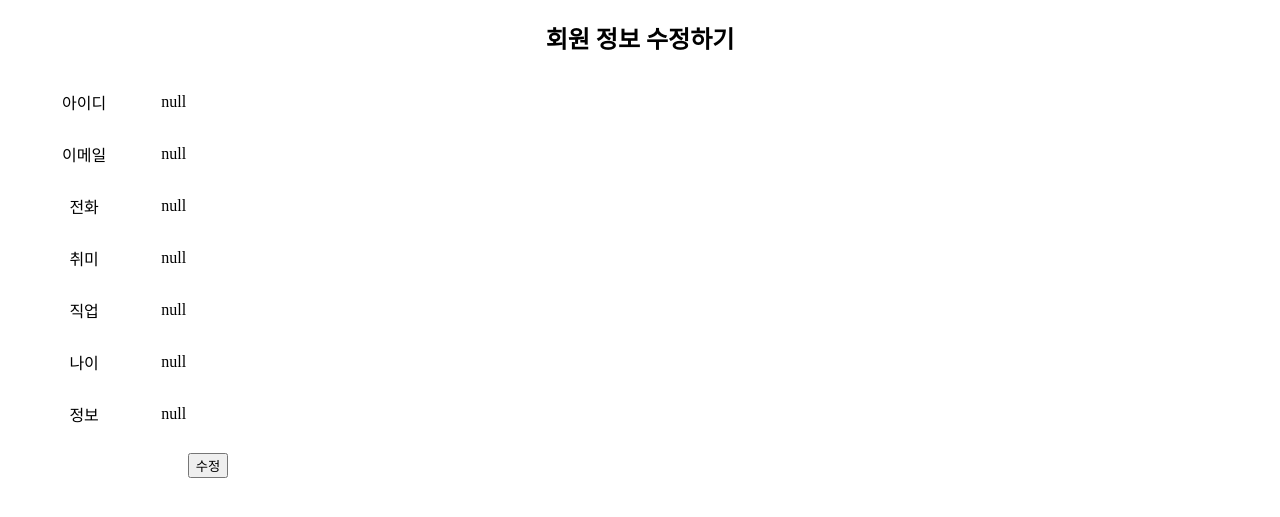
Repository: kdw1437/CreateBoardProject
Page: http://localhost/DataBase/MemberUpdateForm.jsp
These files come from the project's save history. The page is drawn as it stood at one moment and after the next save; the edit follows.
The browser window is 1280 px wide. The pictures show the whole page.
The page is served by Tomcat 9. Other server files are loaded and not shown. Queries for data that is not in the repository find no rows.

Above is the page before, as saved 2024-08-06 08:51:15.

### DataBase/src/main/webapp/MemberUpdateForm.jsp
<%@page import="model.MemberBean"%>
<%@page import="model.MemberDAO"%>
<%@ page language="java" contentType="text/html; charset=EUC-KR"
    pageEncoding="EUC-KR"%>
<!DOCTYPE html>
<html>
<body>
<%

	String id = request.getParameter("id");	//memberlist id를 받아줌

	MemberDAO mdao = new MemberDAO();
	MemberBean mbean = mdao.oneSelectMember(id); //해당하는 id의 회원정보를 리턴받아야한다.

%>

<Center>
<h2> 회원 정보 수정하기 </h2>
</Center>
	<table width="400" borders="1">
	<tr height="50">
		<td align="center" width="150">아이디</td>
		<td width="250"> <%=mbean.getId() %> </td>
	</tr>
	<tr height="50">
		<td align="center" width="150">이메일</td>
		<td width="250"> <%=mbean.getEmail() %> </td>
	</tr>
	<tr height="50">
		<td align="center" width="150">전화</td>
		<td width="250"> <%=mbean.getTel() %> </td>
	</tr>
	<tr height="50">
		<td align="center" width="150">취미</td>
		<td width="250"> <%=mbean.getHobby() %> </td>
	</tr>
	<tr height="50">
		<td align="center" width="150">직업</td>
		<td width="250"> <%=mbean.getJob() %> </td>
	</tr>
	<tr height="50">
		<td align="center" width="150">나이</td>
		<td width="250"> <%=mbean.getAge() %> </td>
	</tr>
	<tr height="50">
		<td align="center" width="150">정보</td>
		<td width="250"> <%=mbean.getInfo() %> </td>
	</tr>
	<tr height="50">
		<td align="center" colspan="2">
		<button onclick="location.href='MemberUpdateForm.jsp?id=<%=mbean.getId()%>'">수정</button>
	</tr>

	</table>
</body>
</body>
</html>

### DataBase/src/main/webapp/MemberDAO.java
package model;

import java.sql.Connection;
import java.sql.DriverManager;
import java.sql.PreparedStatement;
import java.sql.ResultSet;
import java.util.Vector;

//오라클 데이터 베이스에 연결하고 select, insert, update, delete 작업을 실행해주는 클래스입니다.
public class MemberDAO {


	//오라클에 접속하는 소스를 작성
	String id = "OT"; //접속아이디
	String pass = "1437";
	String url = "jdbc:oracle:thin:@localhost:1521/orclpdb"; //접속 URL

	Connection con; //데이터베이스에 접근할 수 있도록 설정
	PreparedStatement pstmt; //데이터베이스에서 쿼리를 실행시켜주는 객체
	ResultSet rs; //데이터베이스의 테이블의 결과를 리턴받아서 자바에 저장해주는 객체 (resultSet까지 멤버변수로 선언해주면 된다.)

	//데이터베이스에 접근할 수 있도록 도와주는 메소드(오라클, Mysql등 DB종류에 따라 내용을 바꿔준다.)
	public void getCon() {
		try {
			//1.해당 데이터 베이스를 사용한다고 선언(클래스를 등록=오라클용을 사용)
			Class.forName("oracle.jdbc.driver.OracleDriver");
			//2. 해당 데이터 베이스에 접속
			con = DriverManager.getConnection(url,id,pass);
		} catch (Exception e) {

		}
	}

	//데이터 베이스에 한 사람의 회원 정보를 저장해주는 메소드
	public void insertMember(MemberBean mbean) {

		try {
			getCon();
			//3. 접속 후 쿼리 준비하여 쿼리를 사용하도록 설정
			String sql = "insert into member values(?,?,?,?,?,?,?,?)";
			//쿼리를 사용하도록 설정
			PreparedStatement pstmt = con.prepareStatement(sql); //jsp에서 쿼리를 사용하도록 설정
			//?에 맞게 데이터를 맵핑
			pstmt.setString(1, mbean.getId());
			pstmt.setString(2, mbean.getPass1());
			pstmt.setString(3, mbean.getEmail());
			pstmt.setString(4, mbean.getTel());
			pstmt.setString(5, mbean.getHobby());
			pstmt.setString(6, mbean.getJob());
			pstmt.setString(7, mbean.getAge());
			pstmt.setString(8, mbean.getInfo());
			//4. 오라클에서 쿼리를 실행하시오.
			pstmt.executeUpdate(); //insert, update, delete 시 사용하는 메소드

			//5. 자원 반납
			con.close();
		} catch (Exception e) {
			e.printStackTrace();
		}
	}

	//모든 회원의 정보를 리턴해주는 메소드 호출
	public Vector<MemberBean> allSelectMember() {
		//가변길이로 데이터를 저장
		Vector<MemberBean> v = new Vector<>();

		// 무조건 데이터 베이스는 예외처리를 반드시 해야 한다.
		try {
			//커넥션 연결
			getCon();

			//쿼리 준비
			String sql = "select * from member";

			//쿼리를 실행시켜주는 객체 선언
			pstmt = con.prepareStatement(sql);

			//쿼리를 실행시킨 결과를 리턴해서 받아줌(오라클 테이블의 검색된 결과를 자바 객체에 저장)
			rs = pstmt.executeQuery();

			//반복문을 사용해서 rs에 저장된 데이터를 추출해놔야 한다.
			while(rs.next()) {//저장된 데이터 만큼까지 반복문을 돌리겠다는 뜻이다.
				MemberBean bean = new MemberBean(); //컬럼으로 나눠어진 데이터를 빈클래스에 저장
				bean.setId(rs.getString(1));
				bean.setPass1(rs.getString(2));
				bean.setEmail(rs.getString(3));
				bean.setTel(rs.getString(4));
				bean.setHobby(rs.getString(5));
				bean.setJob(rs.getString(6));
				bean.setAge(rs.getString(7));
				bean.setInfo(rs.getString(8));
				//패키징된 memberBean클래스를 벡터에 저장
				v.add(bean); //0번지부터 순서대로 데이터가 저장
			}
			//자원 반납
			con.close();
		} catch (Exception e) {

		}
		//다 저장된 벡터를 return한다.
		return v;
	}

	//한 사람에 대한 정보를 리턴하는 메소드를 작성
    public MemberBean oneSelectMember(String id) {
        MemberBean bean = new MemberBean();

        try {
            getCon();

            String sql = "select * from member where id=?";
            pstmt = con.prepareStatement(sql);

            pstmt.setString(1, id);

            rs = pstmt.executeQuery();

            if(rs.next()) {
                bean.setId(rs.getString(1));
                bean.setPass1(rs.getString(2));
                bean.setEmail(rs.getString(3));
                bean.setTel(rs.getString(4));
                bean.setHobby(rs.getString(5));
                bean.setJob(rs.getString(6));
                bean.setAge(rs.getString(7));
                bean.setInfo(rs.getString(8));
            }
            con.close();
        } catch (Exception e) {
            e.printStackTrace();
        }
        return bean;
    }
}

### DataBase/src/main/java/model/MemberBean.java
package model;

public class MemberBean {

	private String id;
	private String pass1;
	private String pass2;
	private String email;
	private String tel;
	private String hobby;
	private String job;
	private String age;
	private String info;

	public String getId() {
		return id;
	}
	public void setId(String id) {
		this.id = id;
	}
	public String getPass1() {
		return pass1;
	}
	public void setPass1(String pass1) {
		this.pass1 = pass1;
	}
	public String getPass2() {
		return pass2;
	}
	public void setPass2(String pass2) {
		this.pass2 = pass2;
	}
	public String getEmail() {
		return email;
	}
	public void setEmail(String email) {
		this.email = email;
	}
	public String getTel() {
		return tel;
	}
	public void setTel(String tel) {
		this.tel = tel;
	}
	public String getHobby() {
		return hobby;
	}
	public void setHobby(String hobby) {
		this.hobby = hobby;
	}
	public String getJob() {
		return job;
	}
	public void setJob(String job) {
		this.job = job;
	}
	public String getAge() {
		return age;
	}
	public void setAge(String age) {
		this.age = age;
	}
	public String getInfo() {
		return info;
	}
	public void setInfo(String info) {
		this.info = info;
	}


}

After the next save:
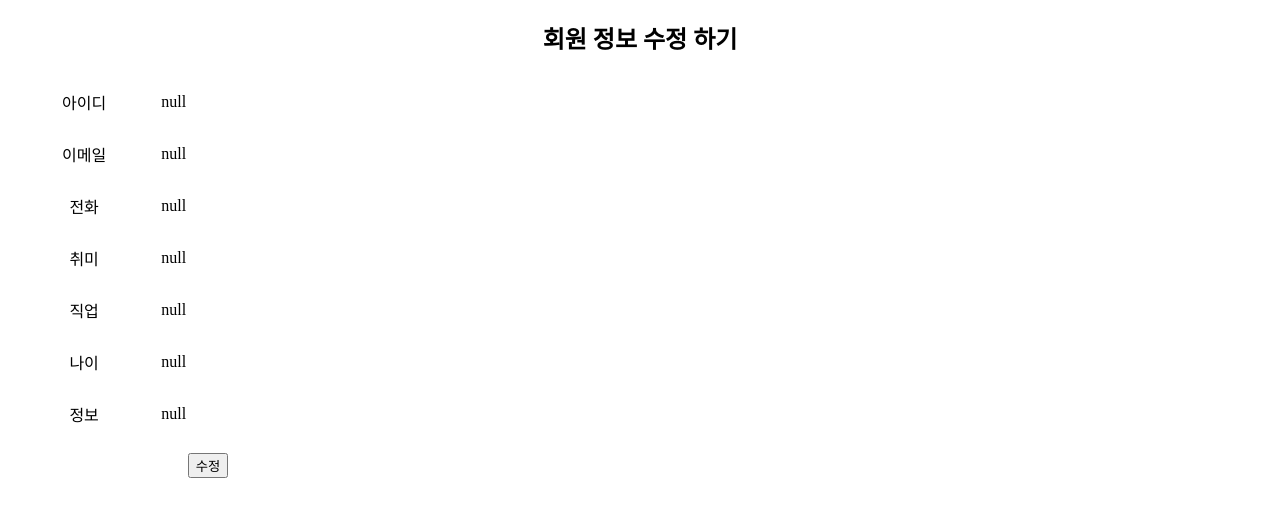
Saved 16 s later.
--- a/DataBase/src/main/webapp/MemberUpdateForm.jsp
+++ b/DataBase/src/main/webapp/MemberUpdateForm.jsp
@@ -15,7 +15,7 @@
 %>
 
 <Center>
-<h2> 회원 정보 수정하기 </h2>
+<h2> 회원 정보 수정 하기 </h2>
 </Center>
 	<table width="400" borders="1">
 	<tr height="50">
@@ -53,5 +53,5 @@
 
 	</table>
 </body>
-</body>
+
 </html>
